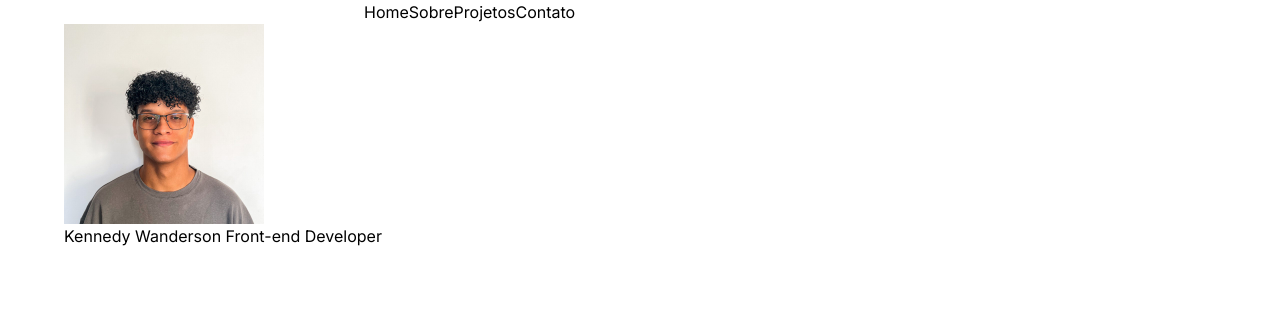
Repository: KennedyWanderson/landing
Page: /
An editor plug-in stored every save of this project. The page is shown before and after a run of saves, followed by the edit.
The browser window is 1280 px wide. The pictures show the whole page.
The project was rebuilt for these pictures with package versions that can differ from the ones it lists, and the page was loaded fresh each time. The framework's server and built-in components were replaced by stand-ins that run in the browser. Also part of the build but not shown: next.config.js.

Above is the page before, as saved 2024-01-03 15:14:36.

After the next 2 saves:
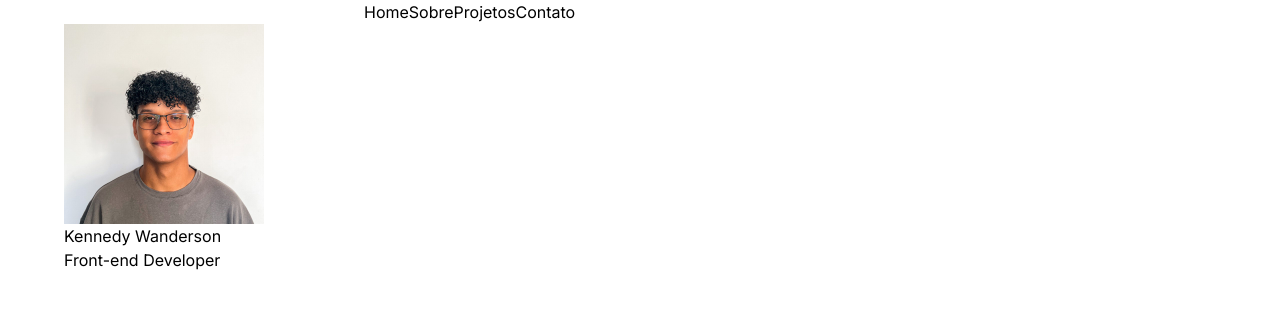
The 2 saves are shown as one change because they came seconds apart.
The last was saved 5 s later.
--- a/src/Components/Content.tsx
+++ b/src/Components/Content.tsx
@@ -9,7 +9,7 @@ export default function Content(){
             <div className="flex flex-col items-center">
                 <div className="flex items-center space-x-6">
                     <Image className="rounded-full" src="/me.jpeg" alt="" width={200} height={200} />
-                    <span>Kennedy Wanderson Front-end Developer</span>
+                    <span>Kennedy Wanderson <br></br> Front-end Developer</span>
                 </div>
             </div>
 
